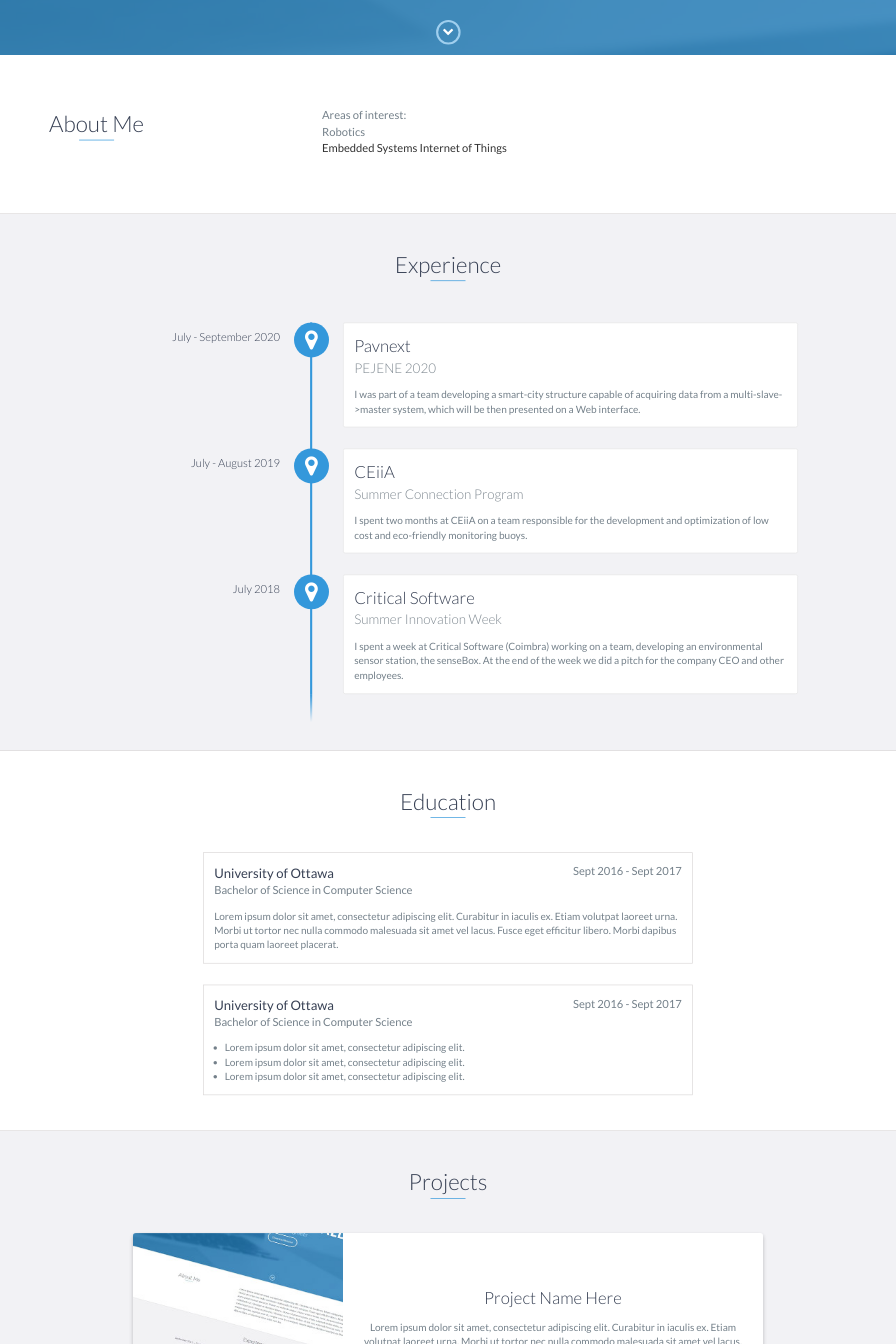
Repository: josegneto/josegneto.github.io
Page: index.html
These files come from the project's save history. The page is drawn as it stood at one moment and after the next save; the edit follows.
The browser window is 1280 px wide. The pictures show the part of the page from y = 641 to 2561 px (the page is 4012 px tall before and 4186 px after), at 70% of full size.

Above is the page before, as saved 2021-11-30 11:21:39.

After the next save:
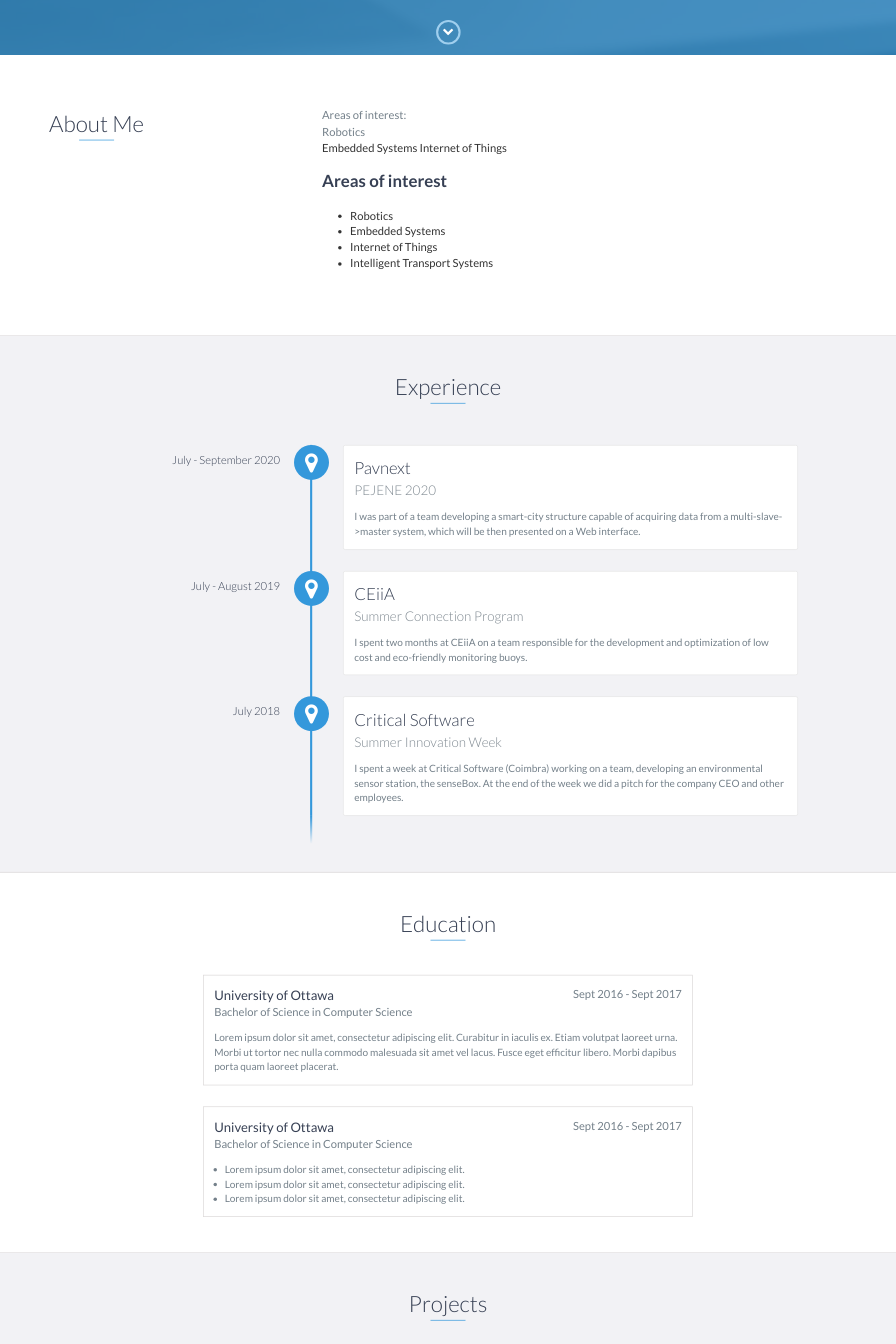
Saved 74 s later.
--- a/index.html
+++ b/index.html
@@ -78,6 +78,13 @@
                     Embedded Systems
                     Internet of Things
                     </p>
+                    <h2>Areas of interest</h2>
+                        <ul>
+                        <li>Robotics</li>
+                        <li>Embedded Systems</li>
+                        <li>Internet of Things</li>
+                        <li>Intelligent Transport Systems</li>
+                        </ul>
                 </div>
             </div>
         </div>
